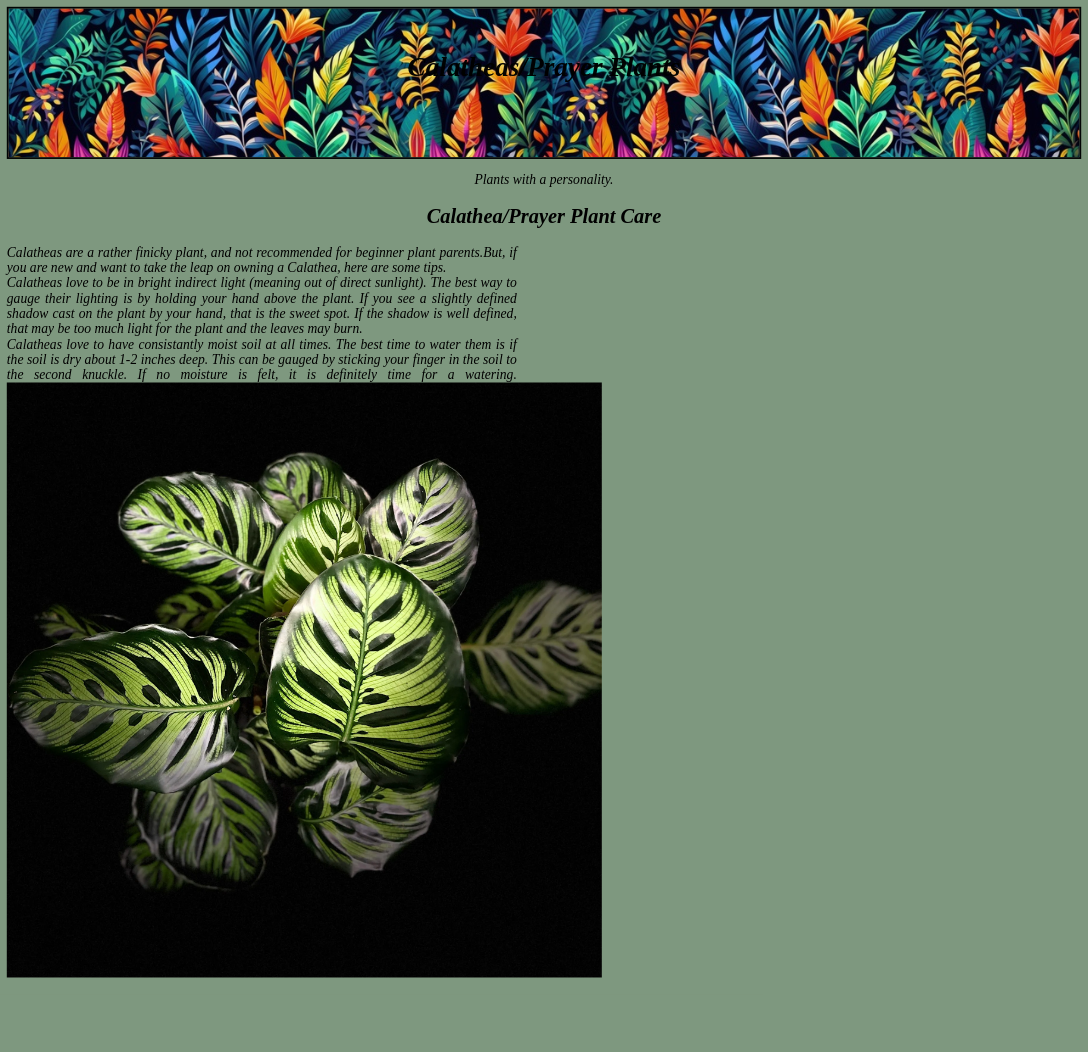
Repository: swillis91/odin-recipies
Page: Planty Page/calatheas.html
An editor plug-in stored every save of this project. The page is shown before and after the next save, followed by the edit.
The browser window is 1280 px wide. The pictures show the whole page, at 85% of full size.

Above is the page before, as saved 2023-08-11 00:17:10.

### Planty Page/calatheas.html
<!DOCTYPE html>
    <html>
        <head>
            <title>Calatheas</title>
            <link href="style.css" rel="stylesheet"
        </head>
        <body>
            <h1 class="heading">Calatheas/Prayer Plants</h1>
              <p>Plants with a personality.</p>
            <h2>Calathea/Prayer Plant Care</h2>
              <p class="care">Calatheas are a rather finicky plant, and not recommended for beginner plant parents.But, if you are new and want to take the leap on owning a Calathea, here are some tips.
                <br>
                Calatheas love to be in bright indirect light (meaning out of direct sunlight). The best way to gauge their lighting is by holding your hand above the plant. If you see a slightly defined shadow cast on the plant by your hand, that is the sweet spot. If the shadow is well defined, that may be too much light for the plant and the leaves may burn.
                <br>
                Calatheas love to have consistantly moist soil at all times. The best time to water them is if the soil is dry about 1-2 inches deep. This can be gauged by sticking your finger in the soil to the second knuckle. If no moisture is felt, it is definitely time for a watering.
                <img src="./Images/makoyana.webp" id="calathea makoyana" width="700px">

                </tr>
            </table>
        </body>
    </html>

### Planty Page/style.css
body{
    background-color: rgb(126, 152, 127);
    color:black;
    text-align: center;
    font-family:cursive;
    font-style: oblique;
}

.heading{
    color: rgba(0, 0, 0, 0.974);
    border: 2px solid rgb(0, 3, 3);
    background-image: url('Images/banner.jpg');
    height: 75px;
    margin: 0 auto;
    padding:50px 20px;

}

.care{
    text-align: justify;
    width: 600px;

}

#calathea-makoyana{
    width: 500px;
    Height: auto:
}

table{

}

After the next save:
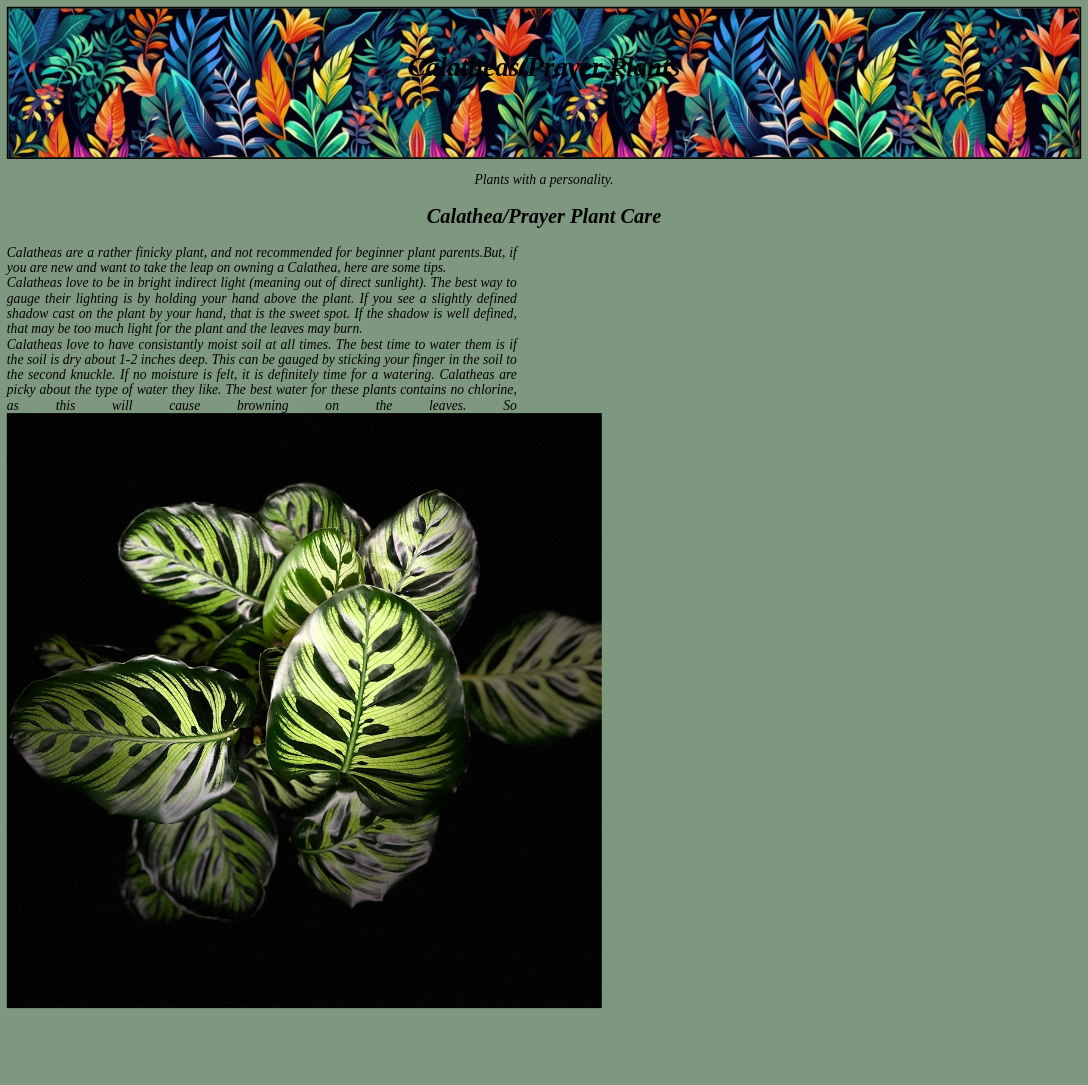
Saved 68 s later.
--- a/Planty Page/calatheas.html
+++ b/Planty Page/calatheas.html
@@ -12,7 +12,7 @@
                 <br>
                 Calatheas love to be in bright indirect light (meaning out of direct sunlight). The best way to gauge their lighting is by holding your hand above the plant. If you see a slightly defined shadow cast on the plant by your hand, that is the sweet spot. If the shadow is well defined, that may be too much light for the plant and the leaves may burn.
                 <br>
-                Calatheas love to have consistantly moist soil at all times. The best time to water them is if the soil is dry about 1-2 inches deep. This can be gauged by sticking your finger in the soil to the second knuckle. If no moisture is felt, it is definitely time for a watering.
+                Calatheas love to have consistantly moist soil at all times. The best time to water them is if the soil is dry about 1-2 inches deep. This can be gauged by sticking your finger in the soil to the second knuckle. If no moisture is felt, it is definitely time for a watering. Calatheas are picky about the type of water they like. The best water for these plants contains <em>no</em> chlorine, as this will cause browning on the leaves. So
                 <img src="./Images/makoyana.webp" id="calathea makoyana" width="700px">
 
                 </tr>
